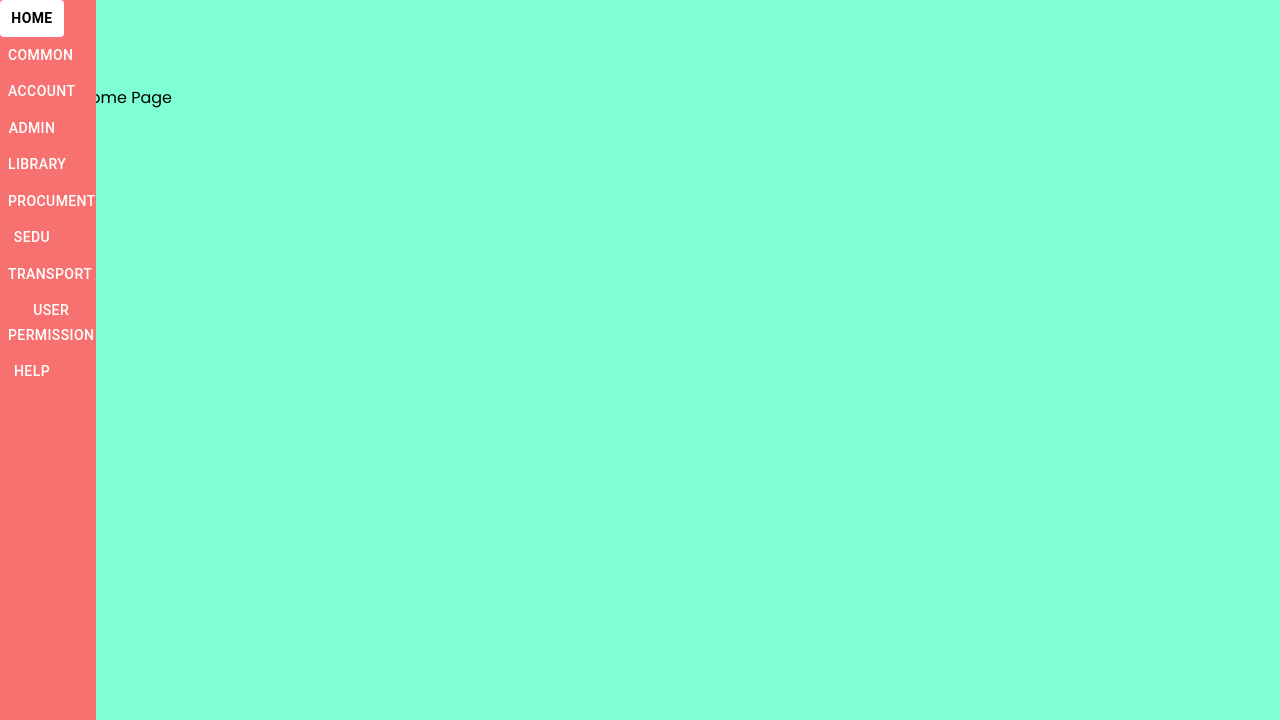
Repository: virangaj/NIFS-WebApp
Page: / (app in client/)
An editor plug-in stored every save of this project. The page is shown before and after the next save, followed by the edit.
The browser window is 1280 px wide. The pictures show the whole page.
The project was rebuilt for these pictures with package versions that can differ from the ones it lists, and the page was loaded fresh each time. Also part of the build but not shown: client/src/pages/Login.tsx, client/src/components/Transport/shared/TransportNavbar.js, client/src/pages/TransportMainPage.tsx, client/src/pages/CommonMainPage.tsx, client/src/pages/AccountMainPage.tsx, client/src/pages/AdminMainPage.tsx, client/src/pages/LibraryMainPage.js, client/src/pages/ProcumentMainPage.js and 15 more.

Above is the page before, as saved 2022-07-30 22:11:00.

After the next save:
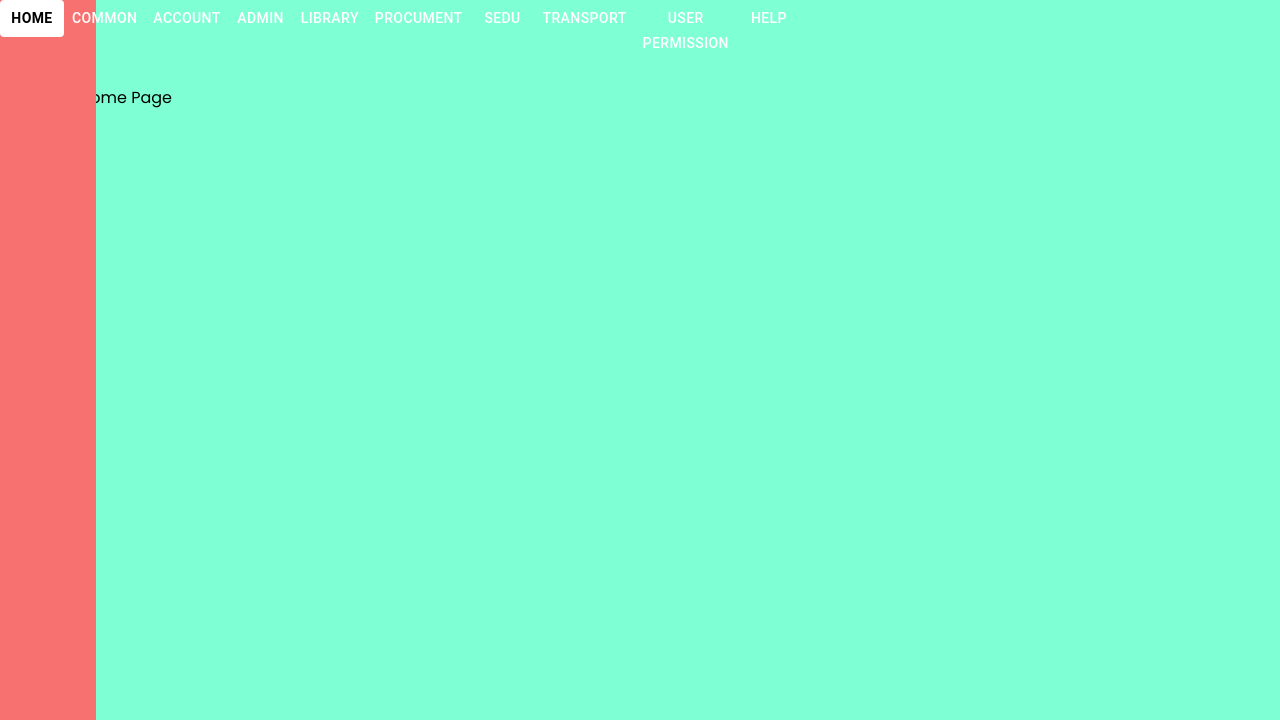
Saved 28 s later.
--- a/client/src/components/shared/VerticalMainNavbar.tsx
+++ b/client/src/components/shared/VerticalMainNavbar.tsx
@@ -11,7 +11,7 @@ function VerticalMainNavbar() {
 
     return (
         <div className='fixed left-0 top-0'>
-            <div className='bg-red-400 h-[100vh] w-24'>
+            <div className='bg-red-400 h-[100vh] w-24 flex align-middle'>
                 {Pages.map((page, index) => (
                     location.pathname.split('/')[1] === page.link.split('/')[1] ?
                         <Link to={page.link} style={{ textDecoration: 'none' }} key={index}>

After the save that followed:
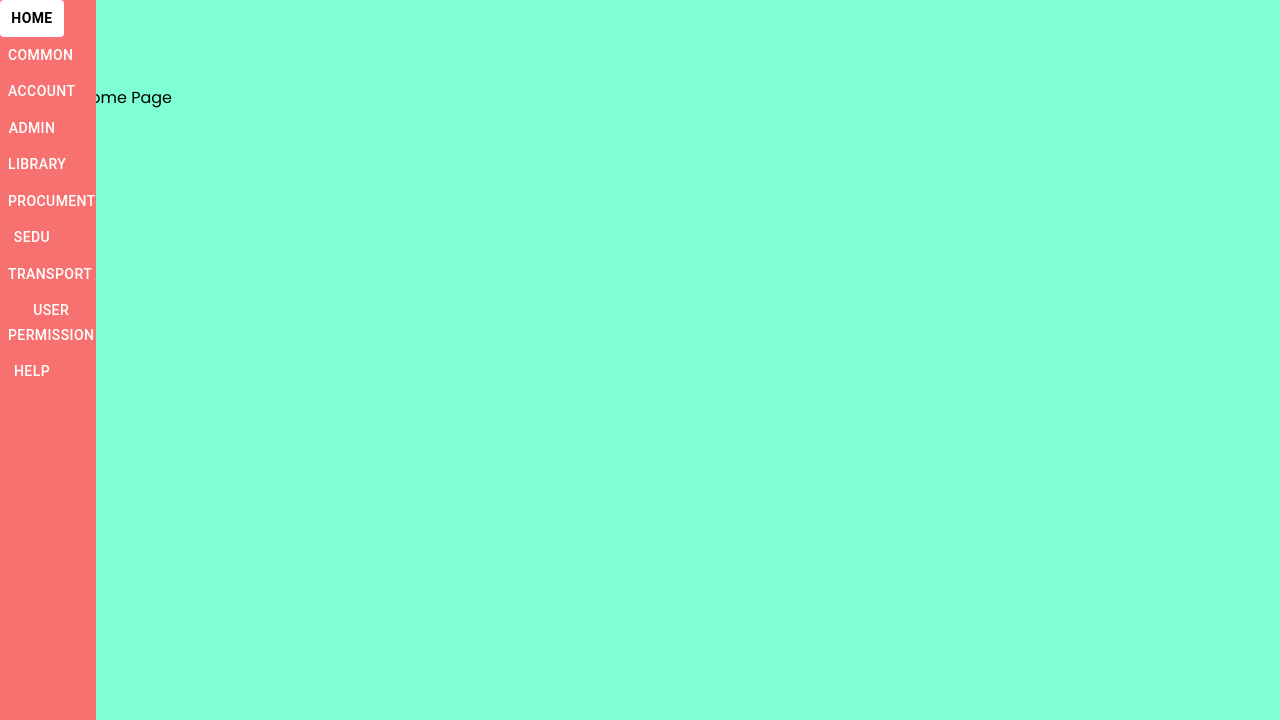
Saved 16 s later.
--- a/client/src/components/shared/VerticalMainNavbar.tsx
+++ b/client/src/components/shared/VerticalMainNavbar.tsx
@@ -11,7 +11,7 @@ function VerticalMainNavbar() {
 
     return (
         <div className='fixed left-0 top-0'>
-            <div className='bg-red-400 h-[100vh] w-24 flex align-middle'>
+            <div className='bg-red-400 h-[100vh] w-24 flex align-middle flex-col'>
                 {Pages.map((page, index) => (
                     location.pathname.split('/')[1] === page.link.split('/')[1] ?
                         <Link to={page.link} style={{ textDecoration: 'none' }} key={index}>
